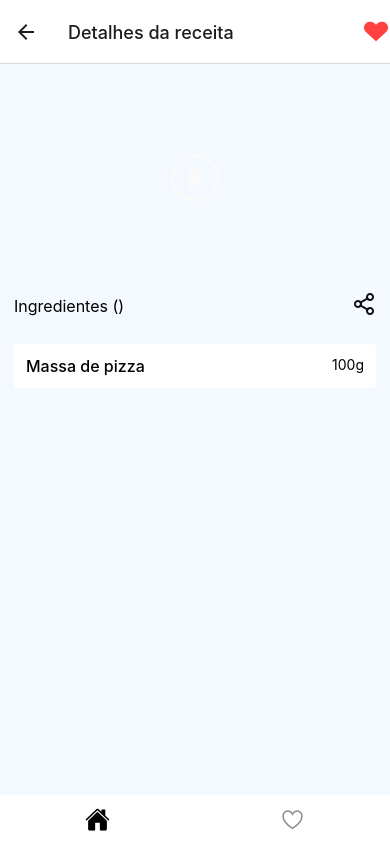
Repository: pheonix5/Receitas
Screen: /Detail
An editor plug-in stored every save of this project. The screen is shown before and after the next save, followed by the edit.
The page's requests for data from a server got no answer. The app was drawn by React Native's web renderer in a window 390 px wide. The project was rebuilt for these pictures with package versions that can differ from the ones it lists, and the page was loaded fresh each time. No one was signed in, and anything a server would have sent is missing. Also part of the build but not shown: src/components/foodlist/index.js, src/components/instructions/index.js, src/pages/search/index.js, src/pages/favorites/index.js.

Above is the screen before, as saved 2023-04-08 20:22:17.

### App.js
import { View, Text} from 'react-native';

import { NavigationContainer } from '@react-navigation/native';
import { Routes } from './src/routes'


export default function App(){
  return(
    <NavigationContainer>
      <Routes />
    </NavigationContainer>

  )
}

### src/routes/index.js
import { createBottomTabNavigator } from '@react-navigation/bottom-tabs'

import StackRoutes from './stackRoutes';
import Favorites from '../pages/favorites'

import { Ionicons } from '@expo/vector-icons'

const Tab = createBottomTabNavigator();

export function Routes(){
  return(
    <Tab.Navigator
      screenOptions={{
          headerShown: false,
          tabBarHideOnKeyboard: true,
          tabBarShowLabel: false,
          tabBarActiveTintColor: "#121212",

          tabBarStyle:{
              backgroundColor: "#FFF",
              borderTopWidth: 0
          }
      }}

    >

        <Tab.Screen
          name='HomeTab'
          component={StackRoutes}
          options={{
              tabBarIcon: ({ color, size, focused }) => {
                  if (focused){
                    return <Ionicons name='home' color="#000" size={size}/>
                  }

                  return <Ionicons name='home-outline' color={color} size={size}/>
              }
          }}
        />

        <Tab.Screen
          name='Favorites'
          component={Favorites}
          options={{
              tabBarIcon: ({ color, size, focused }) => {
                  if (focused){
                      return <Ionicons name='heart' color="#FF4141" size={size}/>
                  }

                  return <Ionicons name='heart-outline' color={color} size={size}/>
              }
          }}
        />

    </Tab.Navigator>
  )
}

### src/routes/stackRoutes.js
import { createNativeStackNavigator } from '@react-navigation/native-stack'

import Home from '../pages/home'
import Detail from '../pages/detail'
import Search from '../pages/search'

const Stack = createNativeStackNavigator();

export default function StackRoutes(){
  return(
    <Stack.Navigator>

      <Stack.Screen
        name='Home'
        component={Home}
        options={{
          headerShown: false,
        }}
      />

      <Stack.Screen
        name='Detail'
        component={Detail}
        options={{
          title: "Detalhes da receita"
        }}
      />

      <Stack.Screen
        name='Search'
        component={Search}
        options={{
          title: "Veja o que encontramos"
        }}
      />

    </Stack.Navigator>
  )
}

### src/pages/home/index.js
import React, { useState, useEffect } from 'react';
import {
  View,
  Text,
  StyleSheet,
  SafeAreaView,
  TextInput,
  TouchableOpacity,
  FlatList } from 'react-native'

import { Ionicons } from '@expo/vector-icons'

import Logo from '../../components/logo'
import api from '../../services/api'
import FoodList from '../../components/foodlist';

export default function Home(){
    const [inputValue, setInputValue] = useState("")
    const [foods, setFoods] = useState([]);

    function handleSearch(){

    }

    useEffect(() => {
     async function fetchApi(){
        const response = await api.get("/foods")
        setFoods(response.data);
      }

      fetchApi();
    }, [])

    return(
      <SafeAreaView style={styles.container}>
        <Logo/>
        <Text style={styles.title}>Encontre a receita</Text>
        <Text style={styles.title}>que combina com você</Text>

        <View style={styles.form}>
          <TextInput
              value={inputValue}
              onChangeText={ (text) => setInputValue(text)}
              placeholder="Digite o nome da camida.."
              style={styles.input}
          />

          <TouchableOpacity onPress={handleSearch}>
            <Ionicons name="search" size={28} color="#4CBE6C"/>
          </TouchableOpacity>
        </View>

        <FlatList
          data={foods}
          keyExtractor={ (item) => String(item.id)}
          renderItem={ ({ item }) => <FoodList data={item} /> }
          showsVerticalScrollIndicator={false}
        />

      </SafeAreaView>
    )
}

const styles = StyleSheet.create({
  container:{
    flex: 1,
    backgroundColor: '#f2f9ff',
    paddingTop: 36,
    paddingStart: 14,
    paddingEnd: 14
  },
  title:{
    fontSize: 26,
    fontWeight: 'bold',
    color: '#0e0e0e'
  },
  form:{
    backgroundColor: '#FFF',
    width: '100%',
    borderRadius: 8,
    marginTop: 16,
    marginBottom: 16,
    borderWidth: 1,
    borderColor: '#ECECEC',
    paddingLeft: 8,
    paddingRight: 8,
    flexDirection: "row",
    alignItems: 'center',
    justifyContent: 'space-between'
  },
  input:{
    width: '90%',
    maxWidth:'90%',
    height: 54,
  }
})

### src/pages/detail/index.js
import React, { useLayoutEffect} from "react";
import { View, Text, StyleSheet, Pressable, ScrollView, Image } from 'react-native'
import { useRoute, useNavigation } from '@react-navigation/native'

import { Entypo, AntDesign, Feather } from '@expo/vector-icons'

import Ingredients from "../../components/ingredients";
import Instructions from "../../components/instructions";


export default function Detail({  }){
    const route = useRoute();
    const navigation = useNavigation();

    useLayoutEffect(() => {
      navigation.setOptions({
        title: route.params?.data ? route.params?.data.name : "Detalhes da receita",
        headerRight: () => (
          <Pressable onPress={ () => console.log("testando")}>
            <Entypo
              name="heart"
              size={28}
              color="#FF4141"
            />
          </Pressable>

        )
      })
    }, [navigation, route.params?.data])

    return(
        <ScrollView style={styles.container} showsVerticalScrollIndicator={false}>
            <Pressable>
              <View style={styles.playIcon}>
                <AntDesign name="playcircleo" size={48} color="#FAFAFA"/>
              </View>
              <Image
                source={{ uri: route.params?.data.cover }}
                style={styles.cover}
              />
            </Pressable>

          <View style={styles.headerDetails}>
            <View>
              <Text style={styles.title}>{route.params?.data.name}</Text>
              <Text style={styles.ingredientsText}>Ingredientes ({route.params?.data.total_ingredients})</Text>
            </View>
            <Pressable>
              <Feather name="share-2" size={24} color="#121212"/>
            </Pressable>
          </View>

          <Ingredients/>

        </ScrollView>
    )
}

const styles = StyleSheet.create({
    container:{
        backgroundColor: '#f3f9ff',
        paddingTop: 14,
        paddingEnd: 14,
        paddingStart: 14,
    },
    cover:{
      height: 200,
      borderRadius: 14,
      width: '100%',
    },
    playIcon:{
      position: 'absolute',
      zIndex: 9,
      top: 0, left: 0, right: 0, bottom: 0,
      alignItems: 'center',
      justifyContent: 'center'
    },
    title:{
      fontSize: 18,
      marginTop: 14,
      fontWeight: 'bold',
      color: '#000',
      marginBottom: 4
    },
    ingredientsText:{
      marginBottom: 14,
      fontSize: 16
    },
    headerDetails:{
      flexDirection: 'row',
      justifyContent: 'space-between',
      alignItems: 'center',
      marginBottom: 14
    }
})

### src/components/logo/index.js
import { View, Text, StyleSheet } from 'react-native'

export default function Logo(){
    return(
        <View style={styles.logoArea}>
            <Text style={styles.logo}>
                Receita fácil
            </Text>
        </View>
    )
}

const styles = StyleSheet.create({
    logoArea:{
        backgroundColor: '#4CBE6C',
        alignSelf: 'flex-start',
        padding: 8,
        paddingLeft: 16,
        paddingRight: 20,
        borderTopRightRadius: 8,
        borderBottomLeftRadius: 8,
        borderTopLeftRadius: 8,
        borderBottomRightRadius: 32,
        marginBottom: 8
    },
    logo:{
        fontSize: 18,
        fontWeight: 'bold',
        color: "#FFF",
    }
})

### src/services/api.js
import axios from 'axios';


/*
    // Rodar com IPV4: json-server --watch -d 180 --host seu ip db.json

*/

const api = axios.create({
    baseURL: 'http://192.168.1.9:3000/'
})

export default api;

### src/components/ingredients/index.js
import React from "react";
import { View, Text, StyleSheet } from 'react-native'

export default function Ingredients(){
  return(
    <View style={styles.container}>
      <Text style={styles.name}>Massa de pizza</Text>
      <Text>100g</Text>
    </View>
  )
}

const styles = StyleSheet.create({
  container:{
    backgroundColor: '#FFF',
    marginBottom: 14,
    flexDirection: 'row',
    justifyContent: 'space-between',
    padding: 12,
    borderRadius: 4
  },
  name:{
    fontWeight: 500,
    fontSize: 16,
  }
})

After the next save:
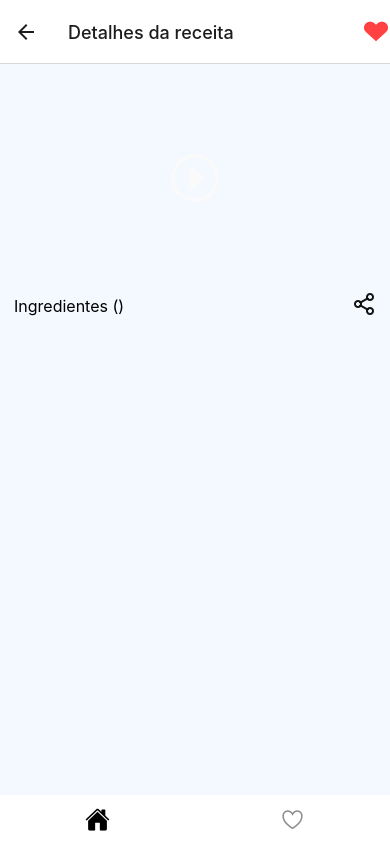
Saved 80 s later.
--- a/src/pages/detail/index.js
+++ b/src/pages/detail/index.js
@@ -50,7 +50,9 @@ export default function Detail({  }){
             </Pressable>
           </View>
 
-          <Ingredients/>
+          {route.params?.data.ingredients.map(() => (
+            <Ingredients/>
+          ))}
 
         </ScrollView>
     )
